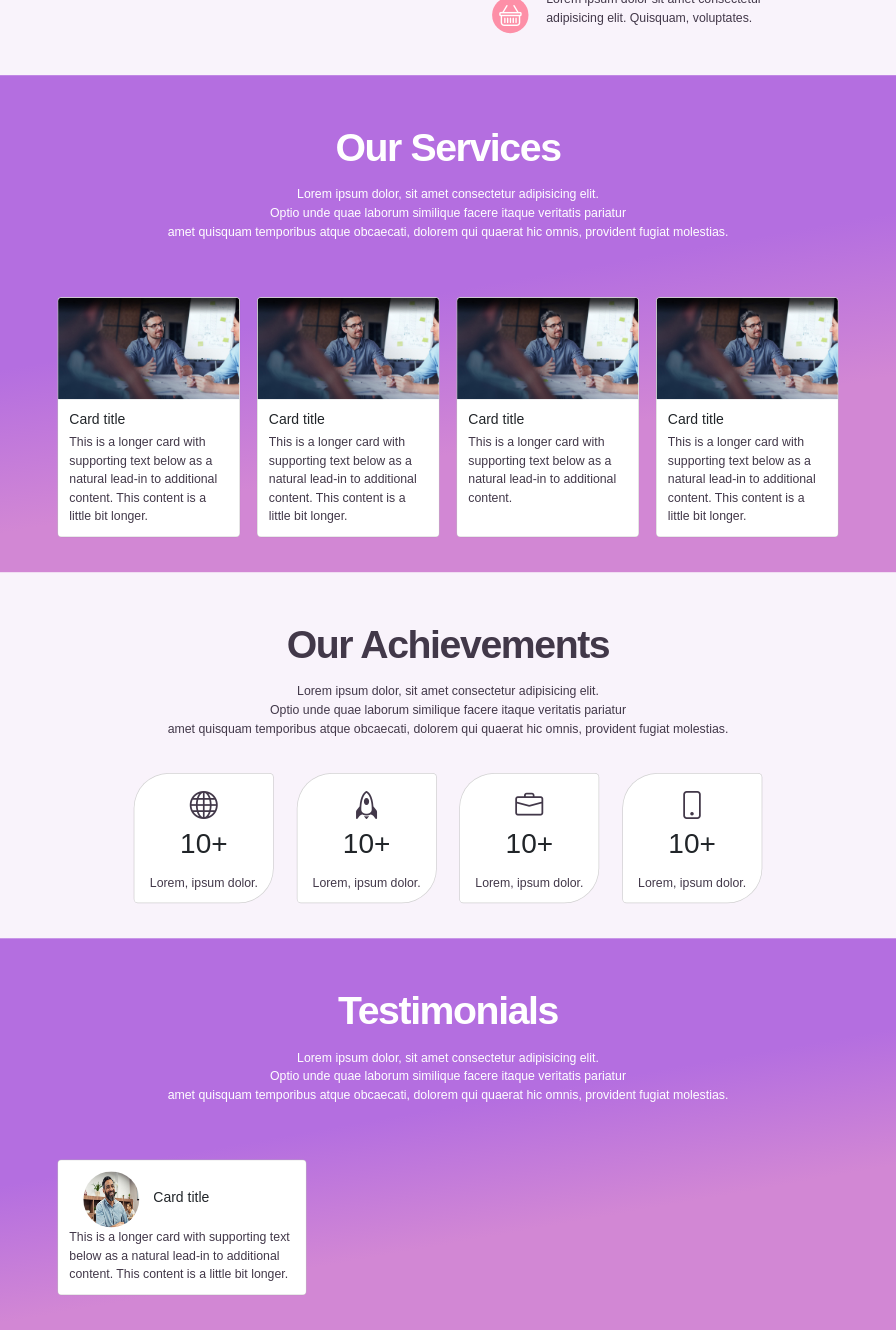
Repository: tagnam/project27012025
Page: index.html
The author's editor kept a copy of each file at every save. The page is drawn from the files as they stood at one save, then again after the next save.
The browser window is 1280 px wide. The pictures show the part of the page from y = 1309 to 3229 px (the page is 3209 px tall before and 3229 px after), at 70% of full size.

Above is the page before, as saved 2025-01-28 13:05:33.

### index.html
<!DOCTYPE html>
<html lang="en">
    <head>
        <meta charset="UTF-8" />
        <meta name="viewport" content="width=device-width, initial-scale=1.0" />
        <link href="https://cdn.jsdelivr.net/npm/bootstrap@5.3.3/dist/css/bootstrap.min.css" rel="stylesheet" integrity="sha384-QWTKZyjpPEjISv5WaRU9OFeRpok6YctnYmDr5pNlyT2bRjXh0JMhjY6hW+ALEwIH" crossorigin="anonymous" />
        <link rel="stylesheet" href="style/css/index.css" />
        <link rel="stylesheet" href="style/css/animation.css" />
        <link rel="stylesheet" href="style/css/responsive.css" />
        <title>project27012025</title>
    </head>
    <body>
        <header>
            <!-- --------------------------------------------start nav bar ------------------------------->
            <nav class="navbar navbar-expand-lg custom-nav">
                <div class="container">
                    <div class="collapse navbar-collapse justify-content-between" id="navbarSupportedContent">
                        <a class="navbar-brand" href="#">Navbar</a>
                        <ul class="navbar-nav">
                            <li class="nav-item">
                                <a class="nav-link" href="#"><i class="bi bi-facebook"></i></a>
                            </li>
                            <li class="nav-item">
                                <a class="nav-link" href="#"><i class="bi bi-instagram"></i></a>
                            </li>
                            <li class="nav-item">
                                <a class="nav-link" href="#"><i class="bi bi-twitter"></i></a>
                            </li>
                        </ul>
                        <div class="d-flex">
                            <div class="menu-container" type="button" data-bs-toggle="offcanvas" data-bs-target="#offcanvasExample" aria-controls="offcanvasExample">
                                <span class="span-menu-01 menu-icon"></span>
                                <span class="span-menu-02 menu-icon"></span>
                                <span class="span-menu-03 menu-icon"></span>
                            </div>
                        </div>
                    </div>
                </div>
            </nav>

            <!-- ------------------------------start offcanvas ---------------------------------------->
            <div class="offcanvas offcanvas-start" tabindex="-1" id="offcanvasExample" aria-labelledby="offcanvasExampleLabel">
                <div class="offcanvas-header">
                    <h5 class="offcanvas-title" id="offcanvasExampleLabel">Offcanvas</h5>
                    <button type="button" class="btn-close text-reset" data-bs-dismiss="offcanvas" aria-label="Close"></button>
                </div>
                <div class="offcanvas-body">
                    <div>
                        Some text as placeholder. In real life you can have the elements you have chosen. Like, text, images, lists, etc.
                    </div>
                    <div class="dropdown mt-3">
                        <button class="btn btn-secondary dropdown-toggle" type="button" id="dropdownMenuButton" data-bs-toggle="dropdown">
                            Dropdown button
                        </button>
                        <ul class="dropdown-menu" aria-labelledby="dropdownMenuButton">
                            <li><a class="dropdown-item" href="#">Action</a></li>
                            <li><a class="dropdown-item" href="#">Another action</a></li>
                            <li><a class="dropdown-item" href="#">Something else here</a></li>
                        </ul>
                    </div>
                </div>
            </div>
            <!-- -----------------------------end offcanvas ------------------------------------------->
            <!------------------------------------------------ end navbar ----------------------------->
        </header>
        <section class="hero-section">
            <div class="container" style="height: 100%;">
                <div class="row">
                    <div class="col-lg-6 col-md-6 col-sm-12">
                        <div class="banner-content">
                            <h1>Lorem ipsum dolor dolor sit amet, consectetur</h1>
                            <p>
                                Lorem ipsum dolor sit amet, consectetur adipisicing elit. Doloribus in culpa ipsa, amet ad<br />
                                eveniet. Fugiat architecto atque consequuntur repellendus!
                            </p>
                            <button class="btn btn-primary">Get Started</button>
                        </div>
                    </div>
                    <div class="col-lg-6 col-md-6 col-sm-12">
                        <div class="banner-img d-flex justify-content-end">
                            <img src="image/hero-banner-01.webp" class="w-100" alt="" />
                        </div>
                    </div>
                </div>

            </div>
        </section>
        <section class="client-section">
            <div class="container-fluid">
                <div class="row row-cols-3 row-cols-md-6 g-4">
                    <div class="col client-logo">
                        <a class="navbar-brand w-25" href="#">Navbar</a>
                    </div>
                    <div class="col client-logo">
                        <a class="navbar-brand w-25" href="#">Navbar</a>
                    </div>
                    <div class="col client-logo">
                        <a class="navbar-brand w-25" href="#">Navbar</a>
                    </div>
                    <div class="col client-logo">
                        <a class="navbar-brand w-25" href="#">Navbar</a>
                    </div>
                    <div class="col client-logo">
                        <a class="navbar-brand w-25" href="#">Navbar</a>
                    </div>
                    <div class="col client-logo">
                        <a class="navbar-brand w-25" href="#">Navbar</a>
                    </div>
                </div>
            </div>
        </section>

        <section>
            <div class="container">
                <div class="row">
                    <div class="col-lg-6 col-md-6 col-sm-12">
                        <div class="about-row row row-cols-1 row-cols-md-2 g-0">
                            <div class="col">
                                <div class="img">
                                    <img src="image/elearning-08.jpg" class="about-row-img-01 w-100" alt="" />
                                </div>
                            </div>
                            <div class="col">
                                <div class="img">
                                    <img src="image/elearning-08.jpg" class="about-row-img-02 w-100" alt="" />
                                </div>
                            </div>
                            <div class="col">
                                <div class="img">
                                    <img src="image/elearning-08.jpg" class="about-row-img-03 w-100" alt="" />
                                </div>
                            </div>
                            <div class="col">
                                <div class="img">
                                    <img src="image/elearning-08.jpg" class="about-row-img-04 w-100" alt="" />
                                </div>
                            </div>
                        </div>
                    </div>
                    <div class="col-lg-6 col-md-6 col-sm-12">
                        <div class="about-content">
                            <div class="main-heading">
                                <h2>About Us</h2>
                                <p>
                                    Lorem ipsum dolor, sit amet consectetur adipisicing elit. Optio unde quae laborum similique facere itaque veritatis pariatur amet quisquam temporibus atque obcaecati, dolorem qui quaerat hic omnis,
                                    provident fugiat molestias.
                                </p>
                            </div>
                            <div class="about-list">
                                <div class="row">
                                    <div class="col-md-2">
                                        <div class="about-icon">
                                            <i class="bi bi-award"></i>
                                        </div>
                                    </div>
                                    <div class="col-md-10">
                                        <div class="about-text">
                                            <p>Lorem ipsum dolor sit amet consectetur adipisicing elit. Quisquam, voluptates.</p>
                                        </div>
                                    </div>
                                </div>
                                <div class="row">
                                    <div class="col-md-2">
                                        <div class="about-icon">
                                            <i class="bi bi-basket"></i>
                                        </div>
                                    </div>
                                    <div class="col-md-10">
                                        <div class="about-text">
                                            <p>Lorem ipsum dolor sit amet consectetur adipisicing elit. Quisquam, voluptates.</p>
                                        </div>
                                    </div>
                                </div>
                                <div class="row">
                                    <div class="col-md-2">
                                        <div class="about-icon">
                                            <i class="bi bi-award"></i>
                                        </div>
                                    </div>
                                    <div class="col-md-10">
                                        <div class="about-text">
                                            <p>Lorem ipsum dolor sit amet consectetur adipisicing elit. Quisquam, voluptates.</p>
                                        </div>
                                    </div>
                                </div>
                                <div class="row">
                                    <div class="col-md-2">
                                        <div class="about-icon">
                                            <i class="bi bi-basket"></i>
                                        </div>
                                    </div>
                                    <div class="col-md-10">
                                        <div class="about-text">
                                            <p>Lorem ipsum dolor sit amet consectetur adipisicing elit. Quisquam, voluptates.</p>
                                        </div>
                                    </div>
                                </div>
                            </div>
                        </div>
                    </div>
                </div>
            </div>
        </section>
        <section class="service-section">
                <div class="container">
                    <div class="main-heading-white">
                        <h2>Our Services</h2>
                        <p>
                            Lorem ipsum dolor, sit amet consectetur adipisicing elit.<br> Optio unde quae laborum similique facere itaque veritatis pariatur <br>amet quisquam temporibus atque obcaecati, dolorem qui quaerat hic omnis,
                            provident fugiat molestias.
                        </p>
                    </div>
                    <div class="row row-cols-1 row-cols-md-4 g-4">
                        <div class="col">
                          <div class="card h-100">
                            <img src="image/business-banner.jpg" class="card-img-top" alt="...">
                            <div class="card-body">
                              <h5 class="card-title">Card title</h5>
                              <p class="card-text">This is a longer card with supporting text below as a natural lead-in to additional content. This content is a little bit longer.</p>
                            </div>
                          </div>
                        </div>
                        <div class="col">
                          <div class="card h-100">
                            <img src="image/business-banner.jpg" class="card-img-top" alt="...">
                            <div class="card-body">
                              <h5 class="card-title">Card title</h5>
                              <p class="card-text">This is a longer card with supporting text below as a natural lead-in to additional content. This content is a little bit longer.</p>
                            </div>
                          </div>
                        </div>
                        <div class="col">
                          <div class="card h-100">
                            <img src="image/business-banner.jpg" class="card-img-top" alt="...">
                            <div class="card-body">
                              <h5 class="card-title">Card title</h5>
                              <p class="card-text">This is a longer card with supporting text below as a natural lead-in to additional content.</p>
                            </div>
                          </div>
                        </div>
                        <div class="col">
                          <div class="card h-100">
                            <img src="image/business-banner.jpg" class="card-img-top" alt="...">
                            <div class="card-body">
                              <h5 class="card-title">Card title</h5>
                              <p class="card-text">This is a longer card with supporting text below as a natural lead-in to additional content. This content is a little bit longer.</p>
                            </div>
                          </div>
                        </div>
                      </div>
                </div>
        </section>
        <section class="counter-section" style="padding: 50px 0px;">
            <div class="container">
                <div class="main-heading" style="margin-bottom: 50px; text-align: center;">
                    <h2>Our Achievements</h2>
                    <p>
                        Lorem ipsum dolor, sit amet consectetur adipisicing elit.<br> Optio unde quae laborum similique facere itaque veritatis pariatur <br>amet quisquam temporibus atque obcaecati, dolorem qui quaerat hic omnis,
                        provident fugiat molestias.
                    </p>
                </div>
                <div class="row justify-content-center">
                    <div class="col-lg-10 ">
                        <div class="row  g-1 justify-content-center">
                            <div class="col" style="display: flex; justify-content: center;">
                                <div class="card counter-card" >
                                    <div class="counter">
                                        <div class="counter-icon">
                                            <i class="bi bi-globe"></i>
                                        </div>
                                        <h1 class="counter-title">10+</h1>
                                        <p class="counter-text">Lorem, ipsum dolor.</p>
                                    </div>
                                </div>
                            </div>
                            <div class="col" style="display: flex; justify-content: center;">
                                <div class="card counter-card" >
                                    <div class="counter">
                                        <div class="counter-icon">
                                            <i class="bi bi-rocket"></i>
                                        </div>
                                        <h1 class="counter-title">10+</h1>
                                        <p class="counter-text">Lorem, ipsum dolor.</p>
                                    </div>
                                </div>
                            </div>
                            <div class="col" style="display: flex; justify-content: center;">
                                <div class="card counter-card" >
                                    <div class="counter">
                                        <div class="counter-icon">
                                            <i class="bi bi-briefcase"></i>
                                        </div>
                                        <h1 class="counter-title">10+</h1>
                                        <p class="counter-text">Lorem, ipsum dolor.</p>
                                    </div>
                                </div>
                            </div>
                            <div class="col" style="display: flex; justify-content: center;">
                                <div class="card counter-card" >
                                    <div class="counter">
                                            <i class="bi bi-phone"></i>

                                        <h1 class="counter-title">10+</h1>
                                        <p class="counter-text">Lorem, ipsum dolor.</p>
                                    </div>
                                </div>
                            </div>
                        </div>
                    </div>
                </div>
            </div>
        </section>
        <section class="testimonial-section">
            <div class="container">
                <div class="main-heading-white">
                    <h2>Testimonials</h2>
                    <p>
                        Lorem ipsum dolor, sit amet consectetur adipisicing elit.<br />
                        Optio unde quae laborum similique facere itaque veritatis pariatur <br />
                        amet quisquam temporibus atque obcaecati, dolorem qui quaerat hic omnis, provident fugiat molestias.
                    </p>
                </div>
                <div class="row row-cols-1 row-cols-md-3 g-4">
                    <div class="col">
                        <div class="card h-100">
                            <div class="card-body">
                                <div class="img-body">
                                    <img src="image/elearning-08.jpg" class="testimonial-img" style="width: 80px; height: 80px;" alt="..." />
                                    <h5 class="card-title">Card title</h5>
                                </div>
                                <p class="card-text">This is a longer card with supporting text below as a natural lead-in to additional content. This content is a little bit longer.</p>
                            </div>
                        </div>
                    </div>


                </div>
            </div>
        </section>

        <script src="https://cdn.jsdelivr.net/npm/bootstrap@5.3.3/dist/js/bootstrap.bundle.min.js" integrity="sha384-YvpcrYf0tY3lHB60NNkmXc5s9fDVZLESaAA55NDzOxhy9GkcIdslK1eN7N6jIeHz" crossorigin="anonymous"></script>
        <script src="style/js/custom.js"></script>
    </body>
</html>

Loaded but not shown: style/css/index.css (251 lines, source omitted); style/js/custom.js (no copy from this time; the picture is the same without it); style/css/animation.css (no stored copy; drawn as an empty file); style/css/responsive.css (no stored copy; drawn as an empty file)

After the next save:
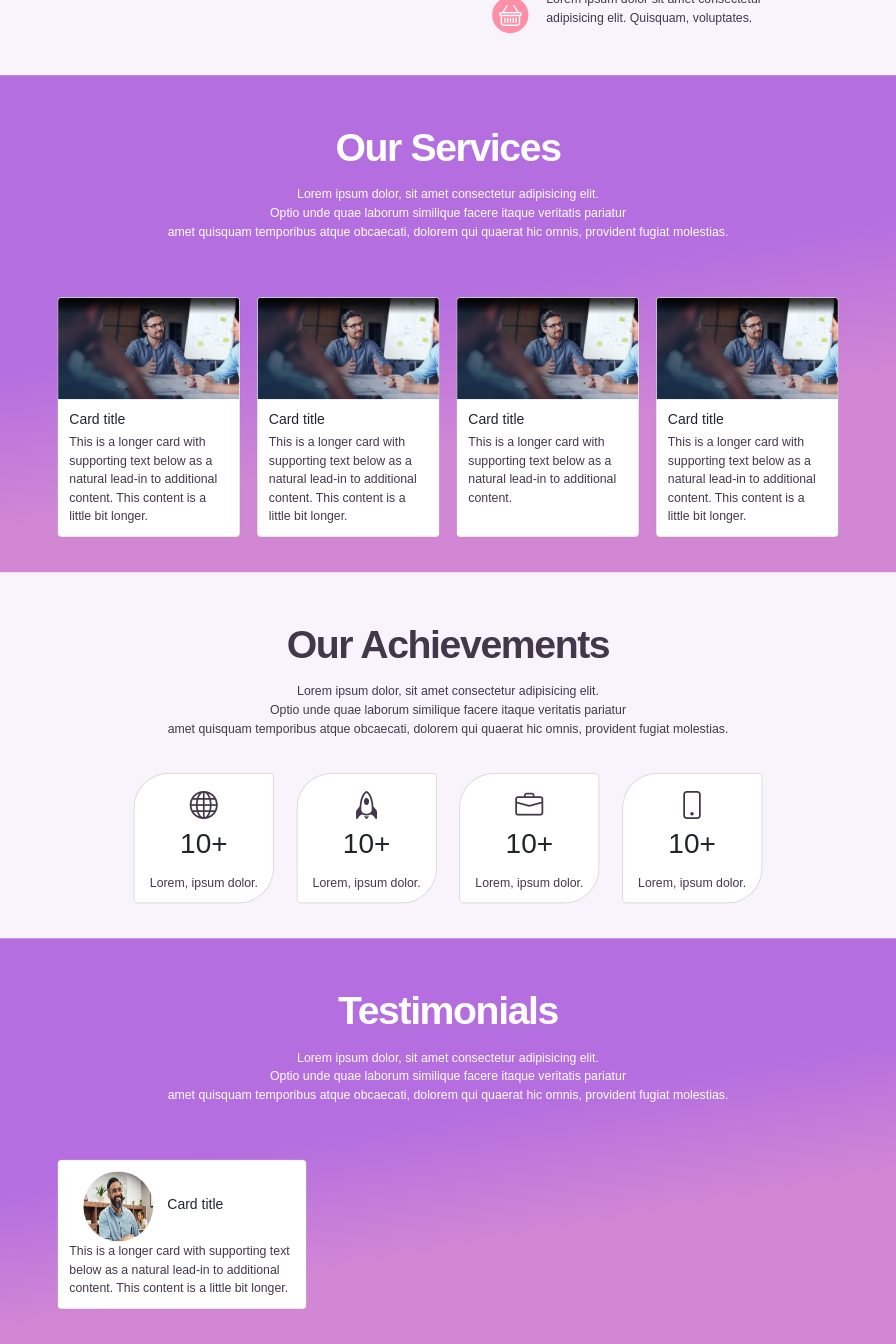
Saved 14 s later.
--- a/index.html
+++ b/index.html
@@ -325,7 +325,7 @@
                         <div class="card h-100">
                             <div class="card-body">
                                 <div class="img-body">
-                                    <img src="image/elearning-08.jpg" class="testimonial-img" style="width: 80px; height: 80px;" alt="..." />
+                                    <img src="image/elearning-08.jpg" class="testimonial-img"  alt="..." />
                                     <h5 class="card-title">Card title</h5>
                                 </div>
                                 <p class="card-text">This is a longer card with supporting text below as a natural lead-in to additional content. This content is a little bit longer.</p>
